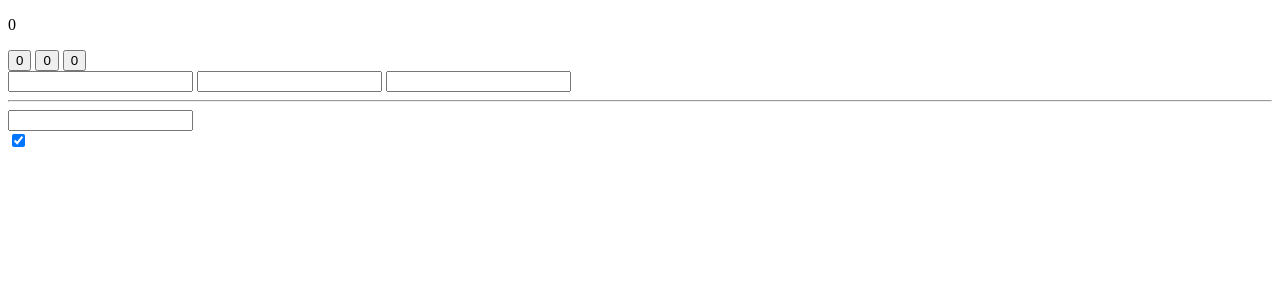
Repository: erdanergou/VueLearn
Page: vuelearn1/Custom_events.html
An editor plug-in stored every save of this project. The page is shown before and after the next save, followed by the edit.
The browser window is 1280 px wide. The pictures show the whole page.

Above is the page before, as saved 2022-07-22 10:59:35.
Console error: SyntaxError: Unexpected token '}'

### vuelearn1/Custom_events.html
<!DOCTYPE html>
<html lang="en">
<head>
    <meta charset="UTF-8">
    <meta http-equiv="X-UA-Compatible" content="IE=edge">
    <meta name="viewport" content="width=device-width, initial-scale=1.0">
    <title>learn9</title>
    <script src="js/vue.min.js"></script>
</head>
<body>
    <!-- 自定义事件  推荐始终使用 kebab-case 的事件名。-->
    <!-- 父组件是使用 props 传递数据给子组件，子组件要把数据传递回去使用自定义事件！ -->

    <!-- 使用v-on绑定自定义事件 -->
    <!-- 使用$on(eventName)监听事件
         使用$emit(eventName)触发事件-->

    <div id="counter-event-example">
        <p>{{total}}</p>
        <button-counter v-on:increment="incrementTotal"></button-counter>
        <button-counter v-on:increment="incrementTotal"></button-counter>
        <button-counter></button-counter>  <!--不进行对increment事件的监听，无法调用incrementTotal事件-->
    </div>
    <script>
        Vue.component('button-counter',{
            template:'<button v-on:click="increment">{{counter}}</button>',
            data:function(){
                return {
                    counter:0
                }
            },
            methods:{
                increment:function(){
                    this.counter += 1;
                    this.$emit('increment')
                }
            }
        })
        new Vue({
            el:"#counter-event-example",
            data:{
                total:0
            },
            methods:{
                incrementTotal:function(){
                    this.total += 1
                }
            }
        })
    </script>

    <!-- 想在某个组件的根元素上监听一个原生事件。可以使用 .native 修饰 v-on  -->
    <!-- <my-component v-on:click.native="doTheThing"></my-component> -->

    <!-- 自定义事件也可以用来创建自定义的表单输入组件，使用 v-model 来进行数据双向绑定 -->
    <input v-model="something">
    <!-- 仅仅是一个语法-->
    <input v-bind:value="something" v-on:input="something = $event.target.value">
    <!-- 相当于下列简写 -->
    <input v-bind:value="something" v-on:input="something = arguments[0]">

    <hr>

    <!-- 一个组件上的 v-model 默认会利用名为 value 的 prop 和名为 input 的事件 -->
    <!-- 所以要让组件的 v-model 生效，它必须：
        1.接受一个 value 属性
        2.在有新的 value 时触发 input 事件 -->
    <div id="current-input">
        <current-input v-model="price"></current-input>
    </div>
    <script>
        Vue.component('current-input',{
            template:'<input ref="input" v-bind:value="value" v-on:input="updateValue($event.target.value)">',
            props:["value"],
            methods:{
                updateValue:function(value){
                    var formattedValue = value.trim().slice(0,value.indexOf('.') + 3)
                    if (formattedValue != value){
                        this.$refs.input.value = formattedValue
                    }
                    this.$emit('input',Number(formattedValue))
                }
            }
        })

        var currentInput = new Vue({
            el:"#current-input",
            data:{
                price:""
            }
        })
    </script>

    <!-- 但是但是像单选框、复选框等类型的输入控件可能会将 value attribute 用于不同的目的。model 选项可以用来避免这样的冲突： -->
    <script>
        Vue.component('base-checkbox',{
            model:{
                prop:'checked',
                event:'change'
            },
            props:{
                checked:Boolean   //注意仍然需要在组件的 props 选项里声明 checked 这个 prop。
            },
            template:'<input type="checkbox" v-bind:checked="checked" v-on:change="$emit('+'\'change\''+',$event.target.checked)">'
        })
    </script>
    <div id="base-checkbox">
        <base-checkbox  v-model="lovingVue"></base-checkbox>
    </div>
    <script>
        var baseCheckbox = new Vue({
            el:"#base-checkbox",
            data:{
                lovingVue:""
            }
        })
    </script>


    <!-- 将原生事件绑定到组件 -->
    <script>
        Vue.component("base-input",{
            template:`<input type="text" >`
        })
    </script>
    <!-- 监听原生事件focus -->
    <!-- 不过在你尝试监听一个类似 <input> 的非常特定的元素时，这并不是个好主意。 -->
    <!-- Vue 提供了一个 $listeners property，它是一个对象，里面包含了作用在这个组件上的所有监听器。 -->
    <div id="baseInput">
        <base-input></base-input>
    </div>
    <script>
        Vue.component('base-input', {
        inheritAttrs: false, //不希望组件的根元素继承特性
        props: ['label', 'value'],
        computed: {  // 计算属性
            inputListeners: function () {
            var vm = this
            // `Object.assign` 将所有的对象合并为一个新对象
            return Object.assign({},
                // 我们从父级添加所有的监听器
                this.$listeners,
                // 然后我们添加自定义监听器，
                // 或覆写一些监听器的行为
                {
                // 这里确保组件配合 `v-model` 的工作
                input: function (event) {
                    vm.$emit('input', event.target.value)
                }
                }
            )
            }
        },
        template: `
            <label>
            {{ label }}
            <input
                v-bind="$attrs"
                v-bind:value="value"
                v-on="inputListeners"
            >
            </label>
        `
        })
        // 现在 <base-input> 组件是一个完全透明的包裹器了，
        // 即它可以完全像一个普通的 <input> 元素一样使用了：所有跟它相同的 attribute 和监听器都可以工作，不必再使用 .native 监听器。
        var baseInput = new Vue({
            el:"#baseInput",
            data:
        })
    </script>
</body>
</html>

Loaded but not shown: vuelearn1/js/vue.min.js (library)

After the next save:
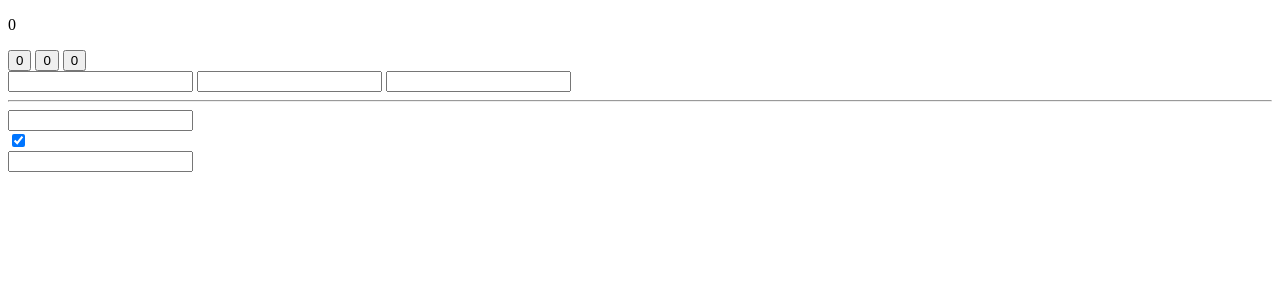
The error is gone.
Saved 7 s later.
--- a/vuelearn1/Custom_events.html
+++ b/vuelearn1/Custom_events.html
@@ -166,7 +166,9 @@
         // 即它可以完全像一个普通的 <input> 元素一样使用了：所有跟它相同的 attribute 和监听器都可以工作，不必再使用 .native 监听器。
         var baseInput = new Vue({
             el:"#baseInput",
-            data:
+            data:{
+                label:""
+            }
         })
     </script>
 </body>
